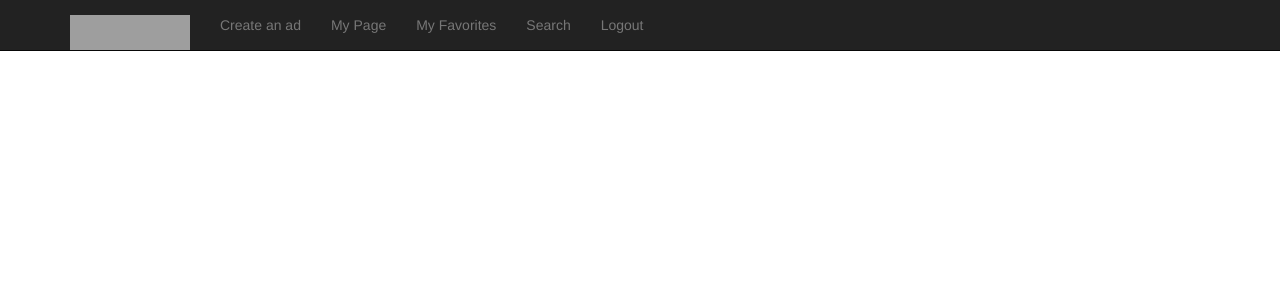
Repository: ese-unibe-ch/ese2014-team4
Page: http://localhost/share-a-flat/pages/template/header.jsp
An editor plug-in stored every save of this project. The page is shown before and after the next save, followed by the edit.
The browser window is 1280 px wide. The pictures show the whole page.
Pictures or frames that could not be fetched are drawn as grey boxes. The page is served by Tomcat 9. Nobody is signed in. The application's start-up code is not run.

Above is the page before, as saved 2014-11-10 23:35:55.

After the next save:
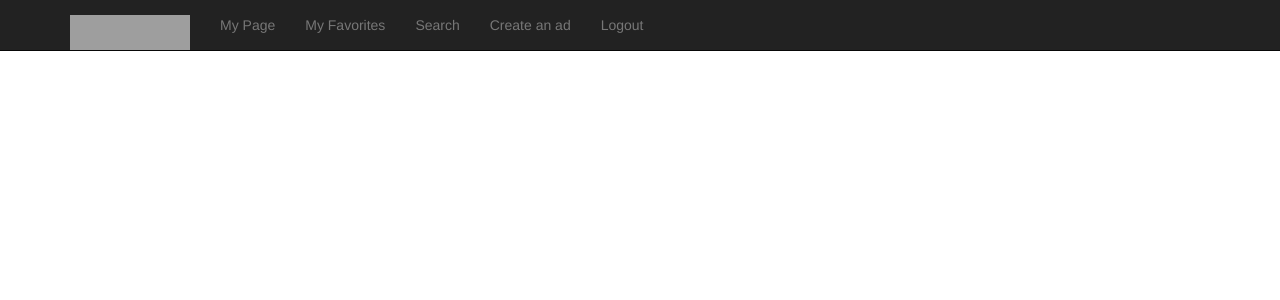
Saved 19 h 45 min later.
--- a/share-a-flat/src/main/webapp/pages/template/header.jsp
+++ b/share-a-flat/src/main/webapp/pages/template/header.jsp
@@ -56,10 +56,11 @@
         </div>
         <div class="collapse navbar-collapse">
           <ul class="nav navbar-nav">
-          	<li <%= isActive("createAd", request) %>><a href="createAd">Create an ad</a></li>
+
             <li <%= isActive("my-page", request) %>><a href="my-page">My Page</a></li>
             <li <%= isActive("favorites", request) %>><a href="favorites">My Favorites</a></li>
             <li <%= isActive("search-list", request) %>><a href="search-list">Search</a></li>
+            <li <%= isActive("createAd", request) %>><a href="createAd">Create an ad</a></li>
             <li <%= isActive("logout", request) %>><a href="logout">Logout</a></li>
           </ul>
         </div><!--/.nav-collapse -->
